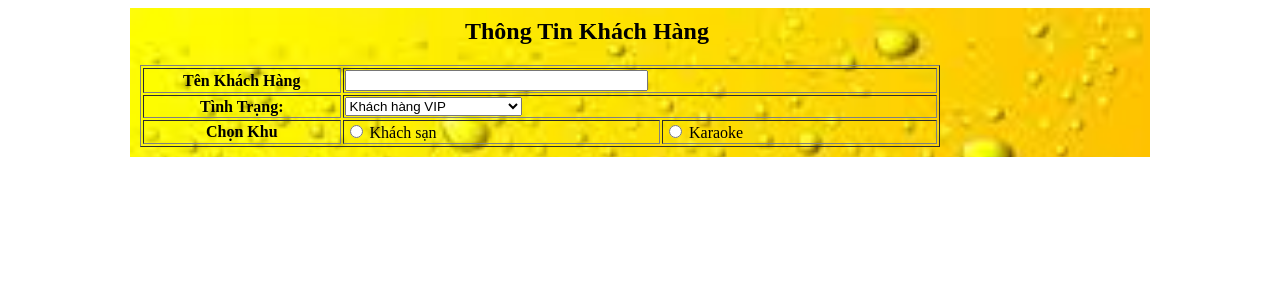
Repository: Tan-Khang21/TH_TKW--Buoi_04
Page: Bai_Tap_Tren_Lop/Bai_02/Frame6.html
An editor plug-in stored every save of this project. The page is shown before and after the next save, followed by the edit.
The browser window is 1280 px wide. The pictures show the whole page.

Above is the page before, as saved 2024-03-06 12:46:27.

### Bai_Tap_Tren_Lop/Bai_02/Frame6.html
<!DOCTYPE html>
<html lang="en">
  <head>
    <meta charset="UTF-8" />
    <meta name="viewport" content="width=device-width, initial-scale=1.0" />
    <title>Document</title>
  </head>
  <body>
    <div
      style="
        background-image: url(../Bai_02/images/hinh.jpg);
        width: 1000px;
        margin: 0 auto;
        background-repeat: no-repeat;
        background-size: 100%;
        padding: 10px;
      "
    >
      <h2 style="width: 35%; margin: 0 auto">Thông Tin Khách Hàng</h2>
    <table border="1px" style="Width: 800px; margin-top: 20px;">
        <tr>
            <th style="width: 25%;">Tên Khách Hàng</th>
            <td  colspan="2"><input type="text" style="width: 50%;"></td>
        </tr>
        <tr>
            <th style="width: 25%;">Tình Trạng:</th>
            <td  colspan="2">
                <select style="width: 30%;">
                    <option value="">Khách hàng VIP</option>
                    <option value="">Khách hàng thành viên</option>
                    <option value="">Khách hàng mới</option>
                </select>
            </td>
        </tr>
        <tr>
            <th style="width: 25%;">Chọn Khu</th>
            <td  ><input type="radio" name="radio"> Khách sạn</td>
            <td  ><input type="radio" name="radio"> Karaoke</td>
        </tr>
    </table>
    </div>
  </body>
</html>

After the next save:
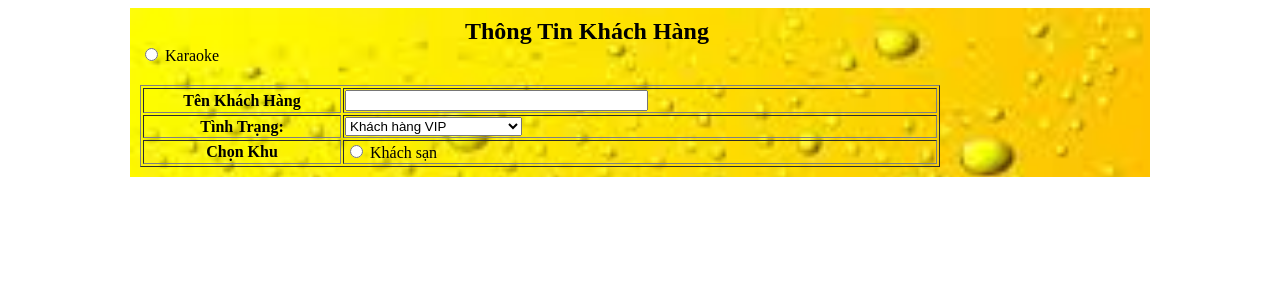
Saved 20 s later.
--- a/Bai_Tap_Tren_Lop/Bai_02/Frame6.html
+++ b/Bai_Tap_Tren_Lop/Bai_02/Frame6.html
@@ -34,8 +34,8 @@
         </tr>
         <tr>
             <th style="width: 25%;">Chọn Khu</th>
-            <td  ><input type="radio" name="radio"> Khách sạn</td>
-            <td  ><input type="radio" name="radio"> Karaoke</td>
+            <td colspan="2" ><input type="radio" name="radio"> Khách sạn</td>
+            <input type="radio" name="radio"> Karaoke
         </tr>
     </table>
     </div>
